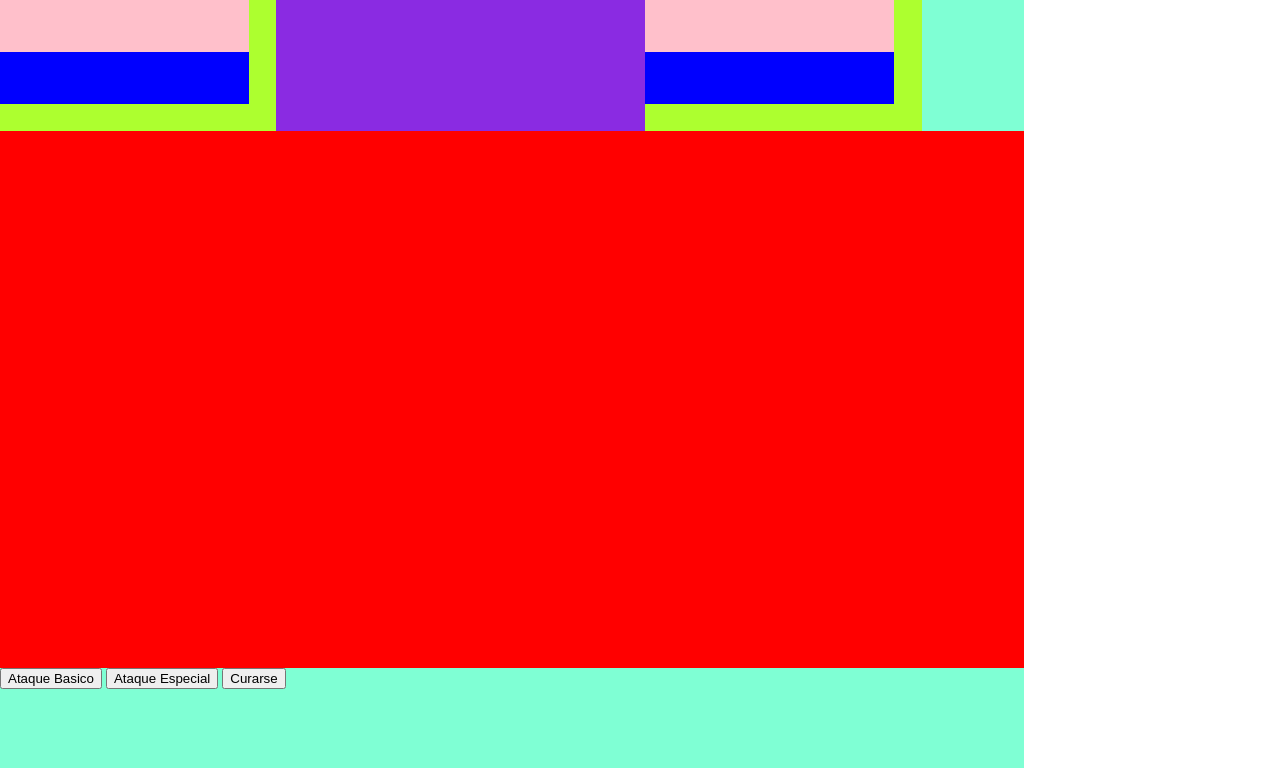
Repository: NovaDuel/novaduel-game
Page: index.html
These files come from the project's save history. The page is drawn as it stood at one moment and after the next save; the edit follows.
The browser window is 1280 px wide. The pictures show the whole page.

Above is the page before, as saved 2024-03-25 09:50:05.

### index.html
<!DOCTYPE html>
<html lang="en">
<head>
    <meta charset="UTF-8">
    <meta name="viewport" content="width=device-width, initial-scale=1.0">
    <link rel="stylesheet" href="style.css">
    <script src="main.js" defer></script>
    <title>NovaDuel</title>
</head>
<body>
    <div id="main-container">
        <div id="status">
            <div class="bars-wrapper">
                <div id="health-player" class="health"></div>
                <div id="stamina-player" class="stamina"></div>
            </div>
            <div class="bars-wrapper">
                <div id="health-enemy" class="health"></div>
                <div id="stamina-enemy" class="stamina"></div>
            </div>
        </div>
        <div id="characters">
            <div id="player"></div>
            <div id="enemy"></div>
        </div>
        <div id="actions">
            <div>
                <button>Ataque Basico</button>
                <button>Ataque Especial</button>
                <button>Curarse</button>
            </div>
        </div>
    </div>
</body>
</html>

### style.css
body {
    margin: 0;
    padding: 0;
}

#main-container {
    width: 1024px;
    height: 768px;
    background-color: aquamarine;;
}

#status {
    display: flex;
    justify-content: space-between;
    width: 90%;
    height: 17%;
    background-color:blueviolet
}

.bars-wrapper {
    width: 30%;
    height: 100%;
    background-color: greenyellow;
}

.health {
    width: 90%;
    height: 40%;
    background-color: pink;
}

.stamina {
    width: 90%;
    height: 40%;
    background-color: blue
}

#characters {
    width: 100%;
    height: 70%;
    background-color: red;
}

Loaded but not shown: main.js (no copy from this time; the picture is the same without it)

After the next save:
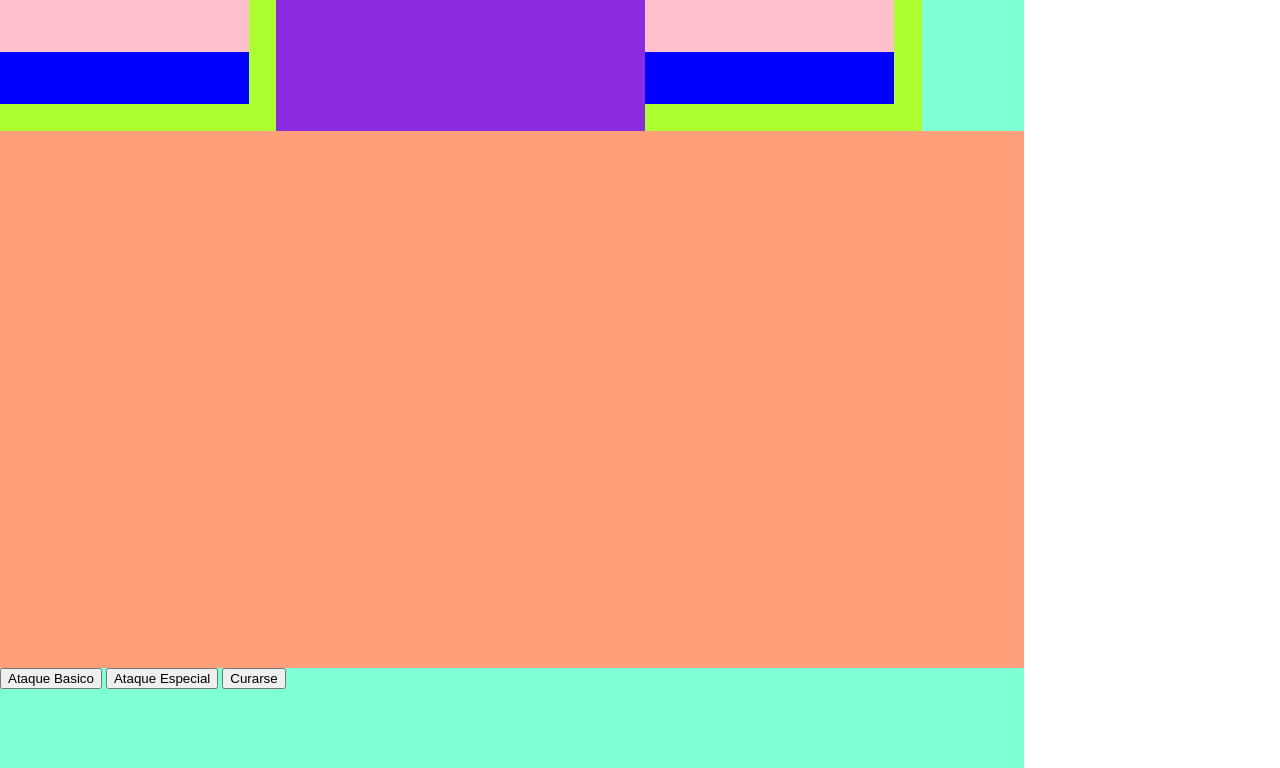
Saved 46 s later.
--- a/style.css
+++ b/style.css
@@ -38,5 +38,5 @@ body {
 #characters {
     width: 100%;
     height: 70%;
-    background-color: red;
+    background-color: lightsalmon;
 }
